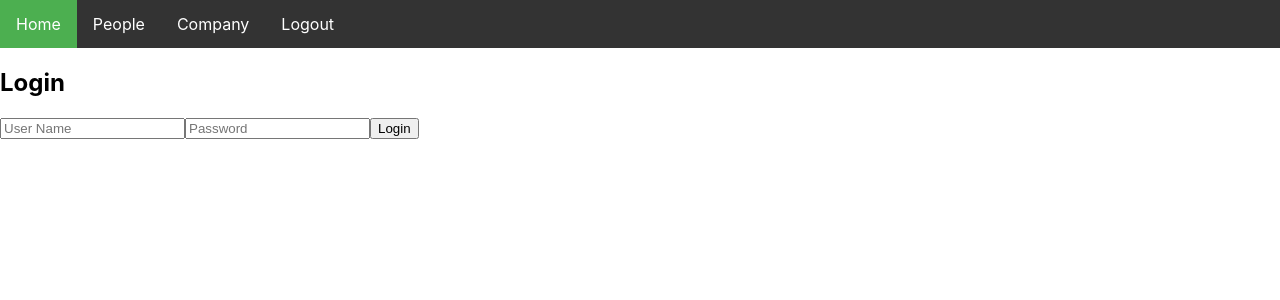
Repository: Vincent-CT/exambase-SPA
Page: /
An editor plug-in stored every save of this project. The page is shown before and after the next save, followed by the edit.
The browser window is 1280 px wide. The pictures show the whole page.
The project was rebuilt for these pictures with package versions that can differ from the ones it lists, and the page was loaded fresh each time. Also part of the build but not shown: src/App.css.

Above is the page before, as saved 2019-11-14 11:44:15.

### src/index.css
body {
  margin: 0;
  font-family: -apple-system, BlinkMacSystemFont, "Segoe UI", "Roboto", "Oxygen",
    "Ubuntu", "Cantarell", "Fira Sans", "Droid Sans", "Helvetica Neue",
    sans-serif;
  -webkit-font-smoothing: antialiased;
  -moz-osx-font-smoothing: grayscale;
}

code {
  font-family: source-code-pro, Menlo, Monaco, Consolas, "Courier New",
    monospace;
}

ul.header {
  list-style-type: none;
  margin: 0;
  padding: 0;
  overflow: hidden;
  background-color: #333;
}

ul.header li {
  float: left;
}

ul.header li a {
  display: block;
  color: white;
  text-align: center;
  padding: 14px 16px;
  text-decoration: none;
}
ul.header li a:hover:not(.active) {
  background-color: #111;
}
.active {
  background-color: #4caf50;
}

### src/App.js
import "./App.css";
import React, { useState, useEffect } from "react";
import facade from "./apiFacade";
import {
  BrowserRouter as Router,
  Switch,
  Route,
  useRouteMatch,
  useParams,
  Link,
  Prompt,
  NavLink
} from "react-router-dom";

function LogIn({ login }) {
  const init = { username: "", password: "" };
  const [loginCredentials, setLoginCredentials] = useState(init);

  const performLogin = evt => {
    evt.preventDefault();
    login(loginCredentials.username, loginCredentials.password);
  };
  const onChange = evt => {
    setLoginCredentials({
      ...loginCredentials,
      [evt.target.id]: evt.target.value
    });
  };

  return (
    <div>
      <h2>Login</h2>
      <form onChange={onChange}>
        <input placeholder="User Name" id="username" />
        <input placeholder="Password" id="password" />
        <button onClick={performLogin}>Login</button>
      </form>
    </div>
  );
}

const Header = ({ loggedIn }) => {
  if (facade.getRole === "admin") {
    return (
      <ul className="header">
        <li>
          <NavLink exact activeClassName="active" to="/">
            Home
          </NavLink>
        </li>
        <li>
          <NavLink activeClassName="active" to="/peope">
            People
          </NavLink>
        </li>
        <li>
          <NavLink activeClassName="active" to="/company">
            Company
          </NavLink>
        </li>
        <li>
          <NavLink activeClassName="active" to="/logout">
            Logout
          </NavLink>
        </li>
      </ul>
    );
  }
  if (facade.getRole === "user") {
    return (
      <ul className="header">
        <li>
          <NavLink exact activeClassName="active" to="/">
            Home
          </NavLink>
        </li>
        <li>
          <NavLink activeClassName="active" to="/peope">
            People
          </NavLink>
        </li>
        <li>
          <NavLink activeClassName="active" to="/company">
            Company
          </NavLink>
        </li>
        <li>
          <NavLink activeClassName="active" to="/logout">
            Logout
          </NavLink>
        </li>
      </ul>
    );
  }
  return (
    <ul className="header">
      <li>
        <NavLink exact activeClassName="active" to="/">
          Home
        </NavLink>
      </li>
      <li>
        <NavLink activeClassName="active" to="/people">
          People
        </NavLink>
      </li>
      <li>
        <NavLink activeClassName="active" to="/company">
          Company
        </NavLink>
      </li>
      <li>
        <NavLink activeClassName="active" to="/logout">
          Logout
        </NavLink>
      </li>
    </ul>
  );
};

const Content = ({ logout, login, loggedIn }) => {
  return (
    <Switch>
      <Route exact path="/">
        <LogIn login={login} loggedIn={loggedIn} />
      </Route>
      <Route path="/people">
        <People />
      </Route>
      <Route path="/company">
        <Company />
      </Route>
      <Route path="/logout">
        <Logout logout={logout} />
      </Route>
      <Route path="*">
        <NoMatch />
      </Route>
    </Switch>
  );
};

const Company = () => {
  return (
    <div>
      <h3>COMPANY</h3>
    </div>
  );
};

const NoMatch = () => <div>Urlen matcher ingen kendte routes</div>;

const Logout = ({ logout }) => {
  const handleLogout = () => {
    logout();
  };
  return (
    <div>
      <button onClick={handleLogout}>Logout</button>
    </div>
  );
};

const People = () => {
  const [dataFromServer, setDataFromServer] = useState("Fetching...");
  const [listPeople, setListPeople] = useState("");

  useEffect(() => {
    facade.fetchData().then(res => setDataFromServer(res.msg));
  }, []);
  useEffect(() => {
    facade.fetchPeople().then(res => setListPeople(res));
    console.log(facade.getRole());
  }, []);
  return (
    <div>
      <h2>Data Received from server</h2>
      <h3>{dataFromServer}</h3>
      <p>{JSON.stringify(listPeople)}</p>
    </div>
  );
};

function App() {
  const [loggedIn, setLoggedIn] = useState(false);

  const logout = () => {
    facade.logout();
    setLoggedIn(false);
  };
  const login = (user, pass) => {
    facade.login(user, pass).then(res => setLoggedIn(true));
  };

  return (
    <Router>
      <Header loggedIn={loggedIn} />
      <Content logout={logout} login={login} loggedIn={loggedIn} />
    </Router>
  );
}
export default App;

### src/apiFacade.js
const URL = "http://localhost:8080/securitystarter";

function handleHttpErrors(res) {
  if (!res.ok) {
    return Promise.reject({ status: res.status, fullError: res.json() });
  }
  return res.json();
}

function apiFacade() {
  const setToken = token => {
    localStorage.setItem("jwtToken", token);
  };
  const getToken = () => {
    return localStorage.getItem("jwtToken");
  };
  const getRole = () => {
    let jwt = localStorage.getItem("jwtToken");
    let jwtData = jwt.split(".")[1];
    let decodedJwtJsonData = window.atob(jwtData);
    let decodedJwtData = JSON.parse(decodedJwtJsonData);
    return decodedJwtData.roles;
  };
  const loggedIn = () => {
    const loggedIn = getToken() != null;
    return loggedIn;
  };
  const logout = () => {
    localStorage.removeItem("jwtToken");
  };

  const login = (user, password) => {
    const options = makeOptions("POST", true, {
      username: user,
      password: password
    });
    return fetch(URL + "/api/login", options)
      .then(handleHttpErrors)
      .then(res => {
        setToken(res.token);
      });
  };
  const fetchData = () => {
    const options = makeOptions("GET", true); //True add's the token
    if (getRole() === "admin") {
      return fetch(URL + "/api/info/admin", options).then(handleHttpErrors);
    }
    return fetch(URL + "/api/info/user", options).then(handleHttpErrors);
  };

  const fetchPeople = () => {
    const options = makeOptions("GET", true); //True add's the token
    return fetch(URL + "/api/info/user/people", options).then(handleHttpErrors);
  };

  const makeOptions = (method, addToken, body) => {
    var opts = {
      method: method,
      headers: {
        "Content-type": "application/json",
        Accept: "application/json"
      }
    };
    if (addToken && loggedIn()) {
      opts.headers["x-access-token"] = getToken();
    }
    if (body) {
      opts.body = JSON.stringify(body);
    }
    return opts;
  };
  return {
    makeOptions,
    setToken,
    getToken,
    loggedIn,
    login,
    logout,
    fetchData,
    getRole,
    fetchPeople
  };
}
const facade = apiFacade();
export default facade;

Loaded but not shown: public/index.html (common file); src/index.js (common file)

After the next save:
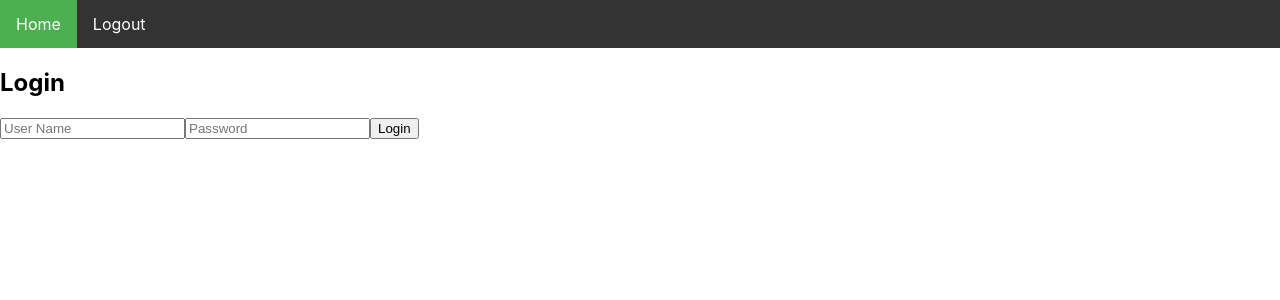
Saved 11 s later.
--- a/src/App.js
+++ b/src/App.js
@@ -100,16 +100,6 @@ const Header = ({ loggedIn }) => {
         </NavLink>
       </li>
       <li>
-        <NavLink activeClassName="active" to="/people">
-          People
-        </NavLink>
-      </li>
-      <li>
-        <NavLink activeClassName="active" to="/company">
-          Company
-        </NavLink>
-      </li>
-      <li>
         <NavLink activeClassName="active" to="/logout">
           Logout
         </NavLink>
